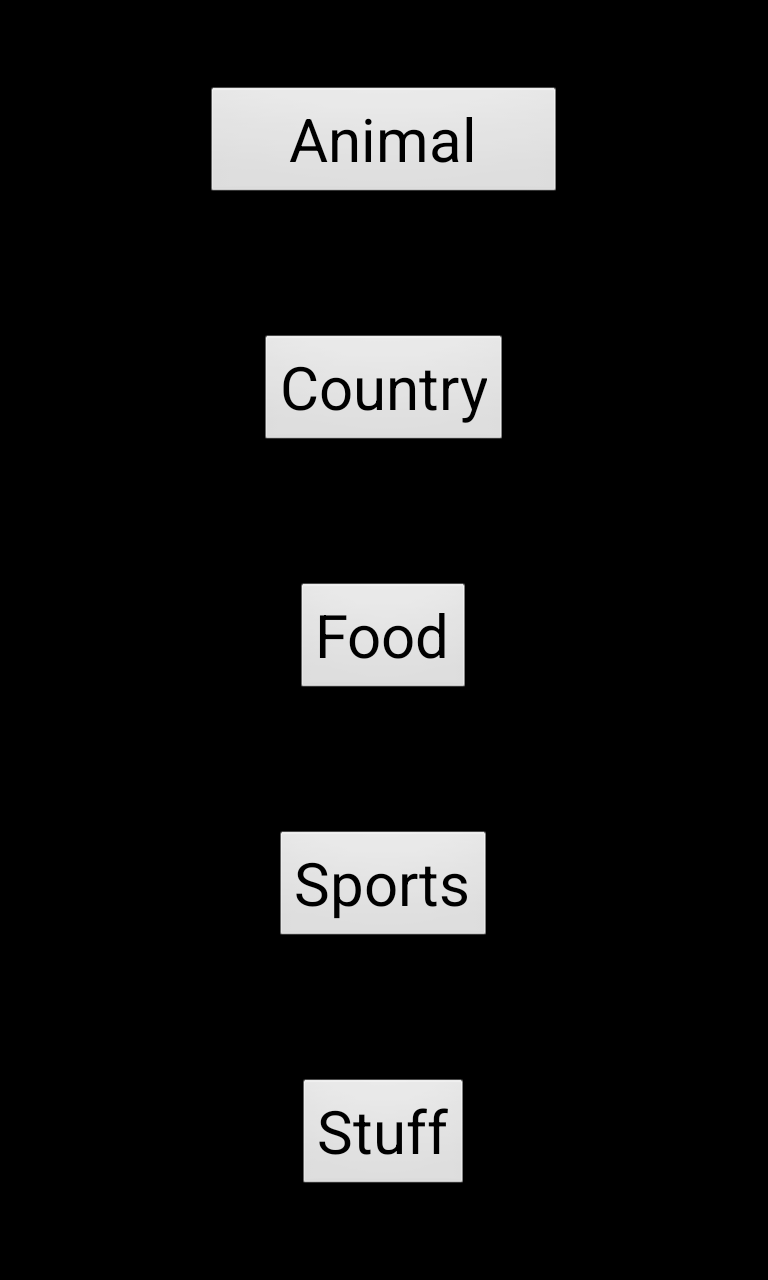
Repository: aster9725/HK-CityU-SummerExchange
Layout: Copy of WordQuiz/res/layout/activity_category.xml
An editor plug-in stored every save of this project. The layout is shown before and after the next save, followed by the edit.
It is drawn on a 768 x 1280 px phone screen (xhdpi) without system bars, with theme android:Theme; the app's code is not run.

Above is the layout before, as saved 2014-07-24 10:05:06.

### Copy of WordQuiz/res/layout/activity_category.xml
<?xml version="1.0" encoding="utf-8"?>
<LinearLayout xmlns:android="http://schemas.android.com/apk/res/android"
    android:layout_width="match_parent"
    android:layout_height="match_parent"
    android:orientation="vertical"
    android:paddingTop="10dp"
    android:paddingBottom="10dp">

    <LinearLayout
        android:layout_width="match_parent"
        android:layout_height="wrap_content"
        android:layout_weight="1"
        android:gravity="center_vertical|center_horizontal"
        android:orientation="horizontal" >

        <Button
            android:id="@+id/category_animal"
            android:layout_width="180sp"
            android:layout_height="wrap_content"
            android:text="Animal"
            android:textSize="30sp" />
    </LinearLayout>

    <LinearLayout
        android:layout_width="match_parent"
        android:layout_height="wrap_content"
        android:layout_weight="1"
        android:gravity="center_vertical|center_horizontal"
        android:orientation="horizontal" >

        <Button
            android:id="@+id/category_country"
            android:layout_width="wrap_content"
            android:layout_height="wrap_content"
            android:text="Country"
            android:textSize="30sp" />
    </LinearLayout>

    <LinearLayout
        android:layout_width="match_parent"
        android:layout_height="wrap_content"
        android:layout_weight="1"
        android:gravity="center_vertical|center_horizontal"
        android:orientation="horizontal" >

        <Button
            android:id="@+id/category_food"
            android:layout_width="wrap_content"
            android:layout_height="wrap_content"
            android:text="Food"
            android:textSize="30sp" />
    </LinearLayout>

    <LinearLayout
        android:layout_width="match_parent"
        android:layout_height="wrap_content"
        android:layout_weight="1"
        android:gravity="center_vertical|center_horizontal"
        android:orientation="horizontal" >

        <Button
            android:id="@+id/category_sport"
            android:layout_width="wrap_content"
            android:layout_height="wrap_content"
            android:text="Sports"
            android:textSize="30sp" />
    </LinearLayout>

    <LinearLayout
        android:layout_width="match_parent"
        android:layout_height="wrap_content"
        android:layout_weight="1"
        android:gravity="center_vertical|center_horizontal"
        android:orientation="horizontal" >

        <Button
            android:id="@+id/category_stuff"
            android:layout_width="wrap_content"
            android:layout_height="wrap_content"
            android:text="Stuff"
            android:textSize="30sp" />
    </LinearLayout>

</LinearLayout>

After the next save:
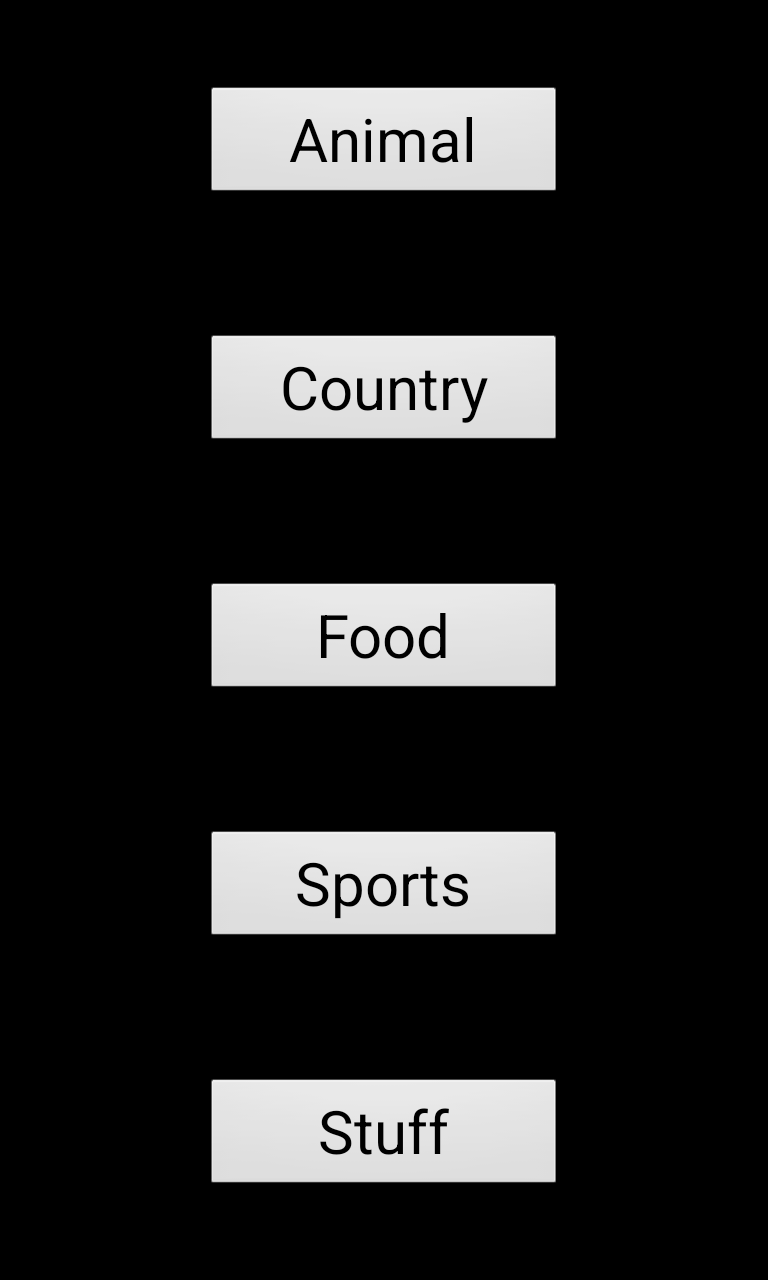
Saved 14 s later.
--- a/Copy of WordQuiz/res/layout/activity_category.xml
+++ b/Copy of WordQuiz/res/layout/activity_category.xml
@@ -30,7 +30,7 @@
 
         <Button
             android:id="@+id/category_country"
-            android:layout_width="wrap_content"
+            android:layout_width="180sp"
             android:layout_height="wrap_content"
             android:text="Country"
             android:textSize="30sp" />
@@ -45,7 +45,7 @@
 
         <Button
             android:id="@+id/category_food"
-            android:layout_width="wrap_content"
+            android:layout_width="180sp"
             android:layout_height="wrap_content"
             android:text="Food"
             android:textSize="30sp" />
@@ -60,7 +60,7 @@
 
         <Button
             android:id="@+id/category_sport"
-            android:layout_width="wrap_content"
+            android:layout_width="180sp"
             android:layout_height="wrap_content"
             android:text="Sports"
             android:textSize="30sp" />
@@ -75,7 +75,7 @@
 
         <Button
             android:id="@+id/category_stuff"
-            android:layout_width="wrap_content"
+            android:layout_width="180sp"
             android:layout_height="wrap_content"
             android:text="Stuff"
             android:textSize="30sp" />
